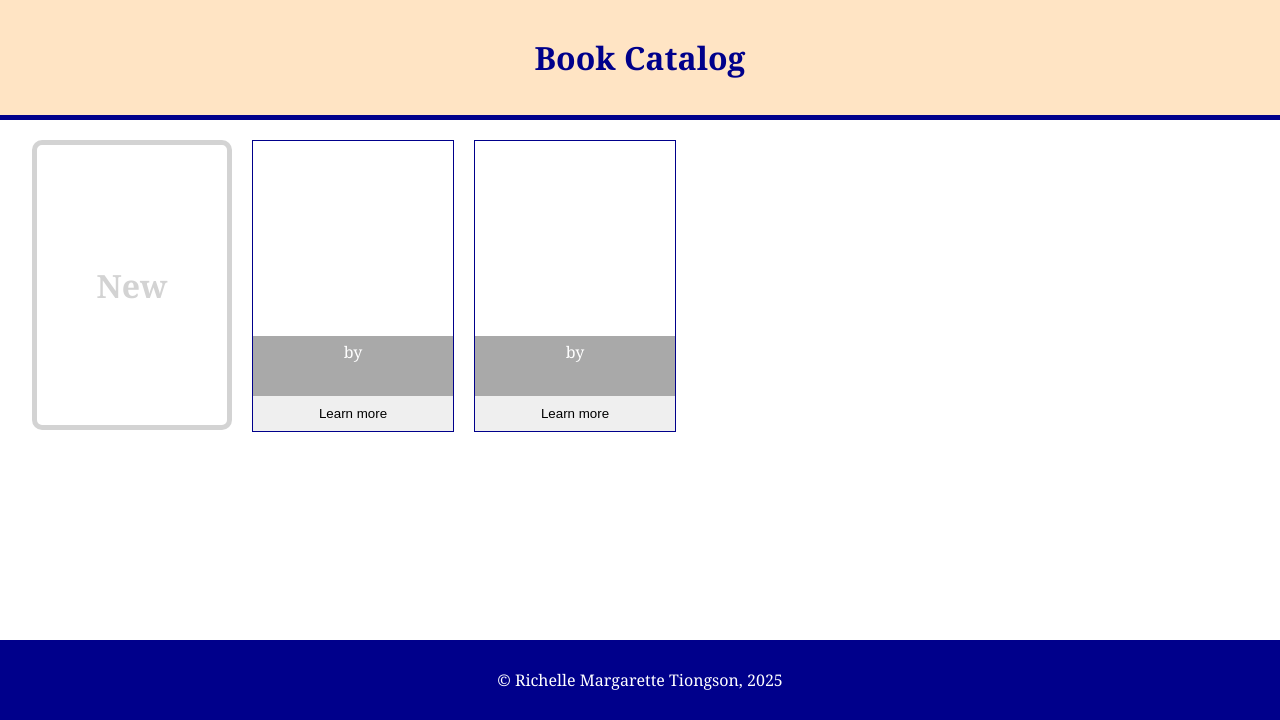
Repository: richelletiongson/comp3170_lab01
Page: /
These files come from the project's save history. The page is drawn as it stood at one moment and after the next save; the edit follows.
The browser window is 1280 px wide. The pictures show the whole page.
The project was rebuilt for these pictures with package versions that can differ from the ones it lists, and the page was loaded fresh each time. Also part of the build but not shown: vite.config.js.

Above is the page before, as saved 2025-09-14 01:18:15.

After the next save:
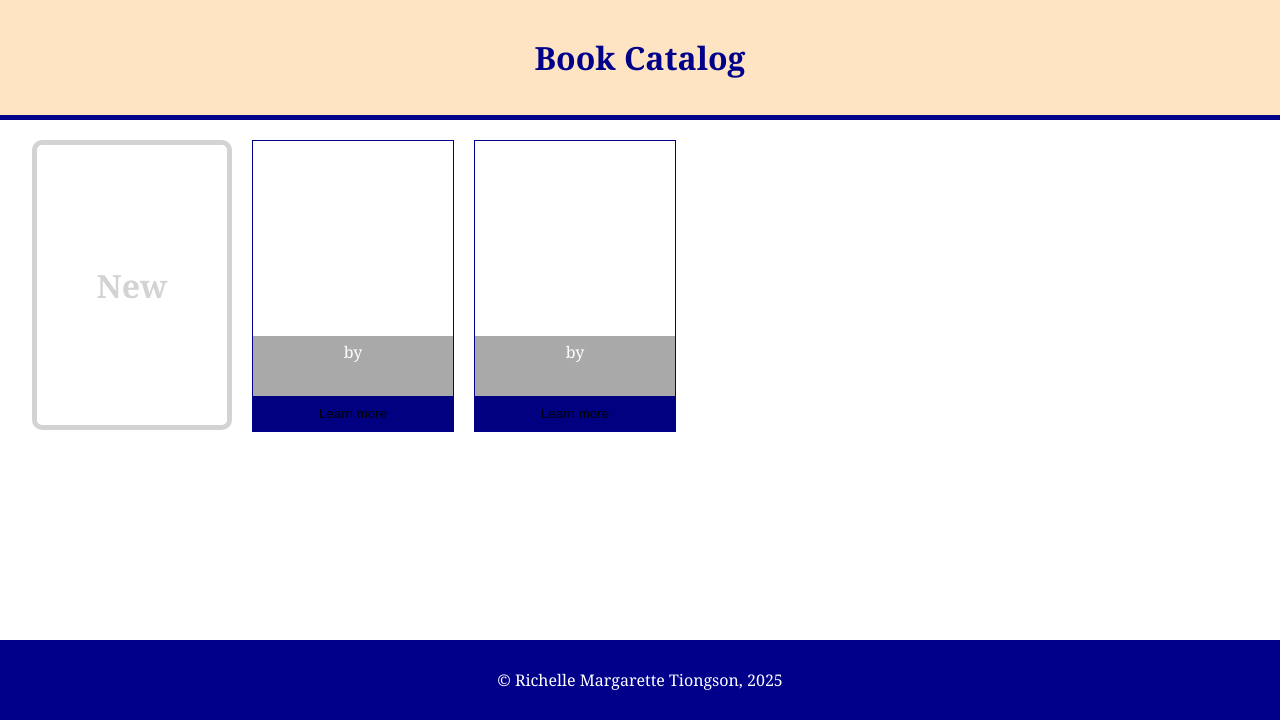
Saved 58 s later.
--- a/src/index.css
+++ b/src/index.css
@@ -58,6 +58,7 @@ body {
 .learn {
   border: none;
   height: 35px;
+  background-color: navy;
 }
 
 .new {
